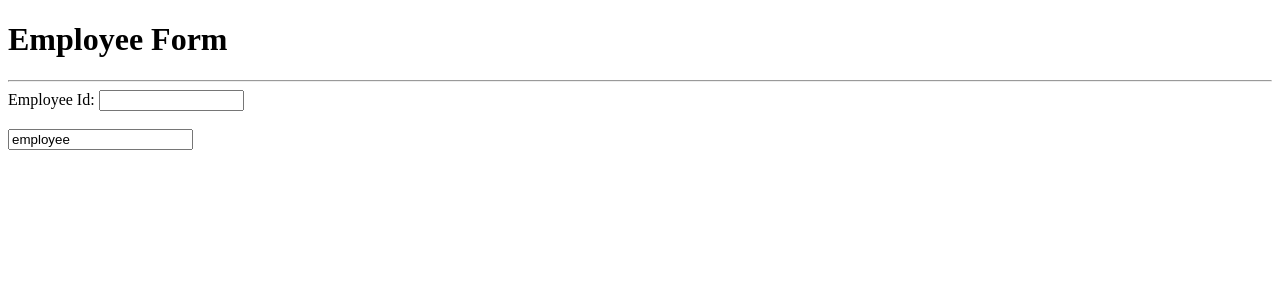
Repository: MalykaK/servlets
Page: Employee/WebContent/employee.html
These files come from the project's save history. The page is drawn as it stood at one moment and after the next save; the edit follows.
The browser window is 1280 px wide. The pictures show the whole page.

Above is the page before, as saved 2018-09-06 06:45:02.

After the next save:
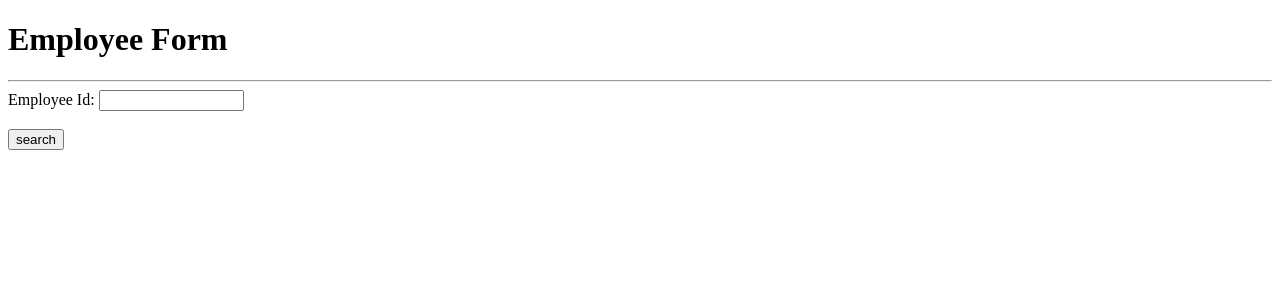
Saved 110 s later.
--- a/Employee/WebContent/employee.html
+++ b/Employee/WebContent/employee.html
@@ -11,7 +11,7 @@
 <label>Employee Id:</label>
 <input type="text" name="employeeId" size="15"/>
 <br><br>
-<input type="Search" value="employee"/>
+<input type="submit" value="search"/>
 <br><br>
 
 </form>
